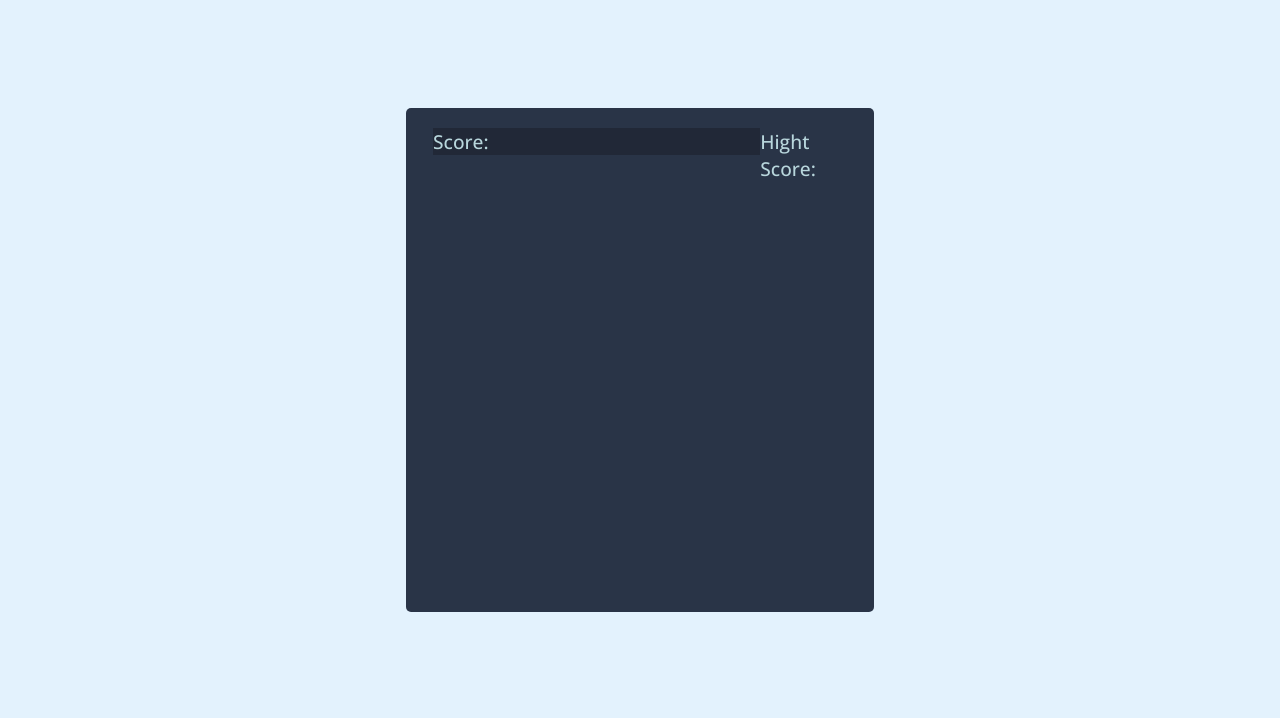
Repository: litaiqiang1407/JS
Page: Snake Game/index.html
These files come from the project's save history. The page is drawn as it stood at one moment and after the next save; the edit follows.
The browser window is 1280 px wide. The pictures show the whole page.

Above is the page before, as saved 2023-05-16 18:34:35.

### Snake Game/index.html
<!DOCTYPE html>
<html lang="en">
  <head>
    <meta charset="UTF-8" />
    <meta http-equiv="X-UA-Compatible" content="IE=edge" />
    <meta name="viewport" content="width=device-width, initial-scale=1.0" />
    <title>Snake Game</title>
    <link rel="stylesheet" href="style.css" />
  </head>
  <body>
    <div class="wrapper">
      <div class="game-details">
        <span class="score">Score: </span>
        <span class="hight-core">Hight Score: </span>
      </div>
      <div class="play-board"></div>
    </div>
    <script src="./script.js"></script>
  </body>
</html>

### Snake Game/style.css
@import url("https://fonts.googleapis.com/css2?family=Open+Sans:wght@400;500;600;700&display=swap");

* {
  margin: 0;
  padding: 0;
  box-sizing: border-box;
  font-family: "Open Sans", sans-serif;
}

body {
  display: flex;
  justify-content: center;
  align-items: center;
  min-height: 100vh;
  background: #e3f2fd;
}

.wrapper {
  width: 65vmin;
  height: 70vmin;
  border-radius: 5px;
  background: #293447;
}
.game-details {
  color: #b8d6dc;
  font-size: 1.2rem;
  font-weight: 500;
  padding: 20px 27px;
  display: flex;
  justify-content: space-between;
}
.score {
  height: 100%;
  width: 100%;
  background: #212837;
}
.hight-core {
}
.play-board {
}

Loaded but not shown: Snake Game/script.js (no stored copy; drawn as an empty file)

After the next save:
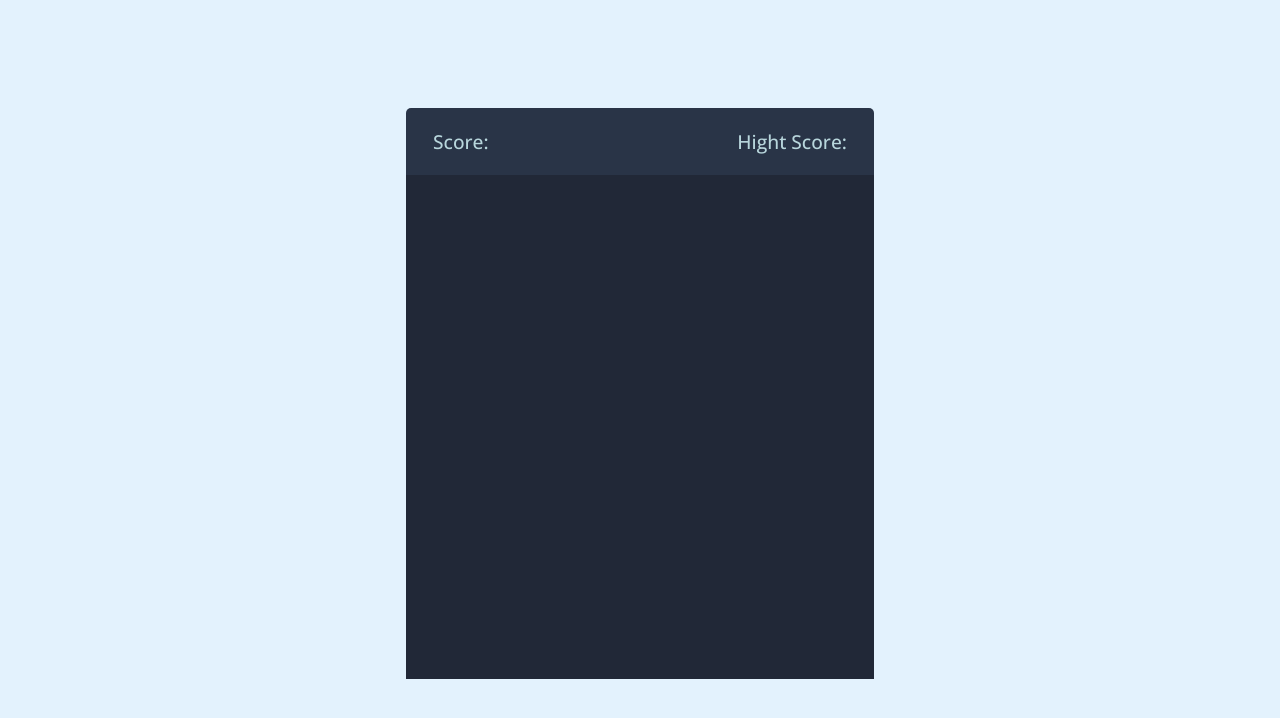
Saved 15 s later.
--- a/Snake Game/style.css
+++ b/Snake Game/style.css
@@ -29,12 +29,9 @@ body {
   display: flex;
   justify-content: space-between;
 }
-.score {
+
+.play-board {
   height: 100%;
   width: 100%;
   background: #212837;
 }
-.hight-core {
-}
-.play-board {
-}
